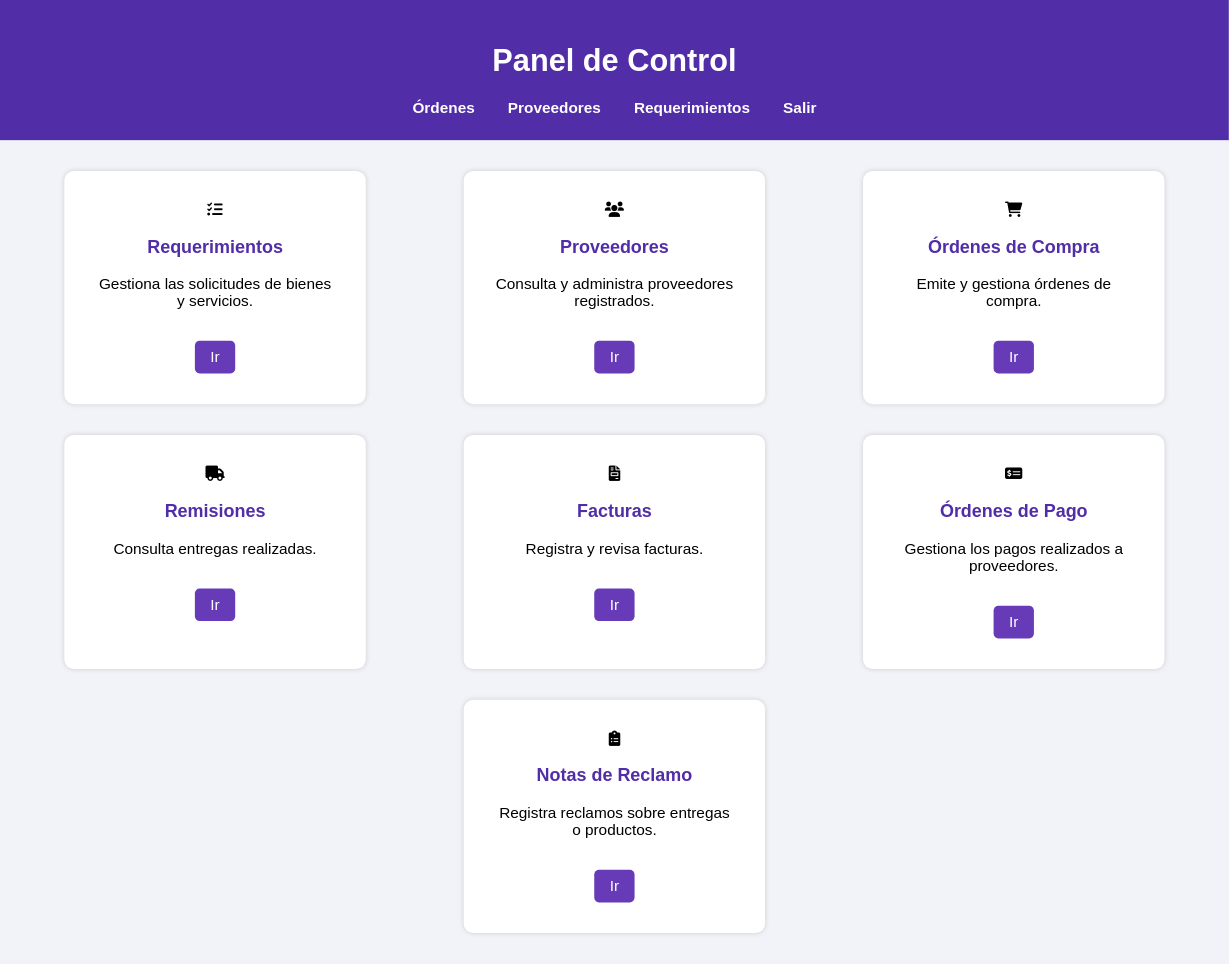
Repository: djkeviin/Mi-primera-chamba
Page: views/dashboard.html
An editor plug-in stored every save of this project. The page is shown before and after the next save, followed by the edit.
The browser window is 1280 px wide. The pictures show the whole page, at 96% of full size.

Above is the page before, as saved 2025-05-02 01:17:47.

After the next save:
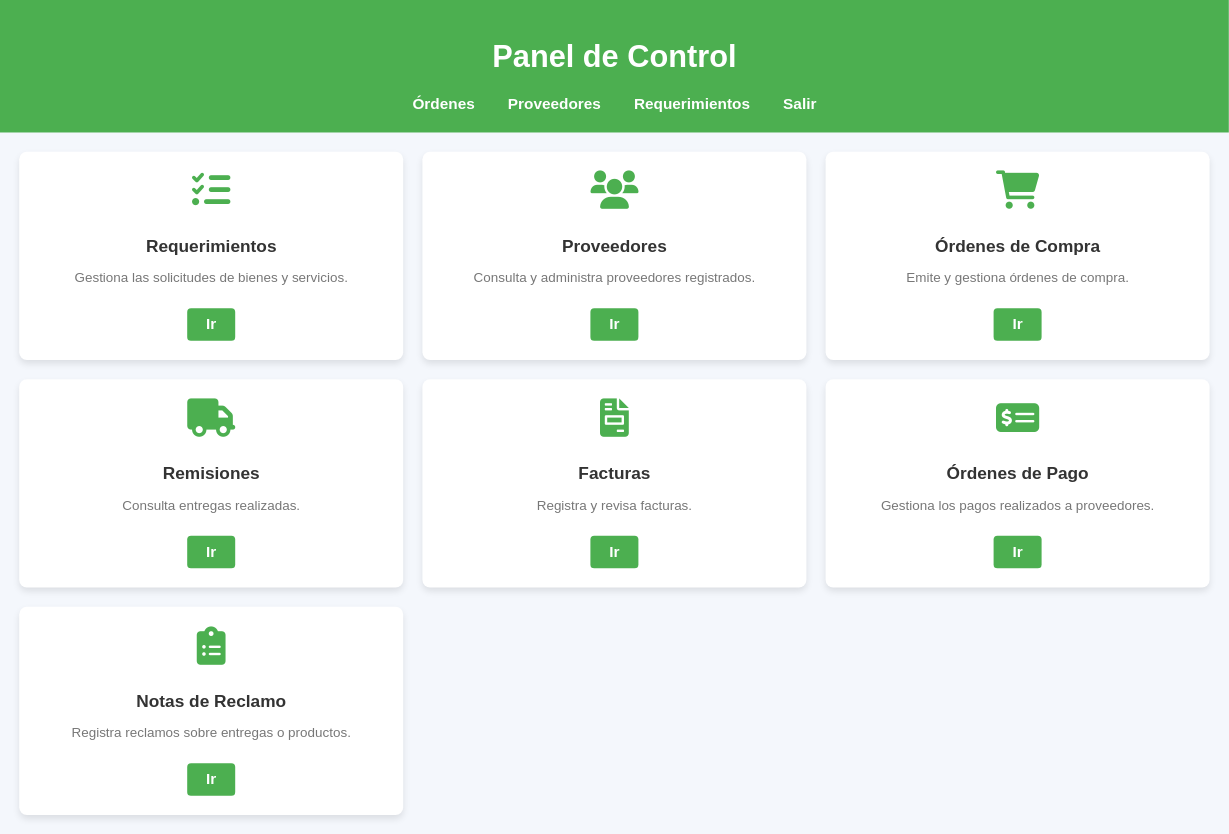
Saved 49 s later.
--- a/css/dashboard.css
+++ b/css/dashboard.css
@@ -1,57 +1,71 @@
 body {
-    font-family: sans-serif;
+    font-family: Arial, sans-serif;
+    background-color: #f4f7fc;
     margin: 0;
-    background-color: #f2f3f8;
+    padding: 0;
   }
 
   header {
-    background-color: #512da8;
+    background-color: #4CAF50;
     color: white;
-    padding: 1.5rem;
+    padding: 20px;
     text-align: center;
   }
 
-  nav {
-    margin-top: 1rem;
-  }
-
   nav a {
+    margin: 0 15px;
     color: white;
-    margin: 0 15px;
     text-decoration: none;
     font-weight: bold;
   }
 
-  main {
-    padding: 2rem;
+  nav a:hover {
+    text-decoration: underline;
   }
 
   .panel {
-    display: flex;
-    justify-content: space-around;
-    flex-wrap: wrap;
-    gap: 2rem;
+    display: grid;
+    grid-template-columns: repeat(3, 1fr);
+    gap: 20px;
+    margin: 20px;
   }
 
   .card {
-    background: white;
-    padding: 2rem;
-    border-radius: 10px;
-    box-shadow: 0 0 5px #ccc;
-    width: 250px;
+    background-color: white;
+    padding: 20px;
+    border-radius: 8px;
+    box-shadow: 0 4px 8px rgba(0, 0, 0, 0.1);
     text-align: center;
   }
 
+  .card i {
+    font-size: 40px;
+    color: #4CAF50;
+    margin-bottom: 10px;
+  }
+
   .card h3 {
-    color: #512da8;
+    font-size: 18px;
+    color: #333;
+    margin-bottom: 10px;
+  }
+
+  .card p {
+    font-size: 14px;
+    color: #777;
   }
 
   .card a {
     display: inline-block;
-    margin-top: 1rem;
+    padding: 8px 20px;
+    background-color: #4CAF50;
+    color: white;
+    border-radius: 4px;
     text-decoration: none;
-    color: white;
-    background-color: #673ab7;
-    padding: 0.5rem 1rem;
-    border-radius: 5px;
+    font-weight: bold;
+    margin-top: 10px;
   }
+
+  .card a:hover {
+    background-color: #45a049;
+  }
